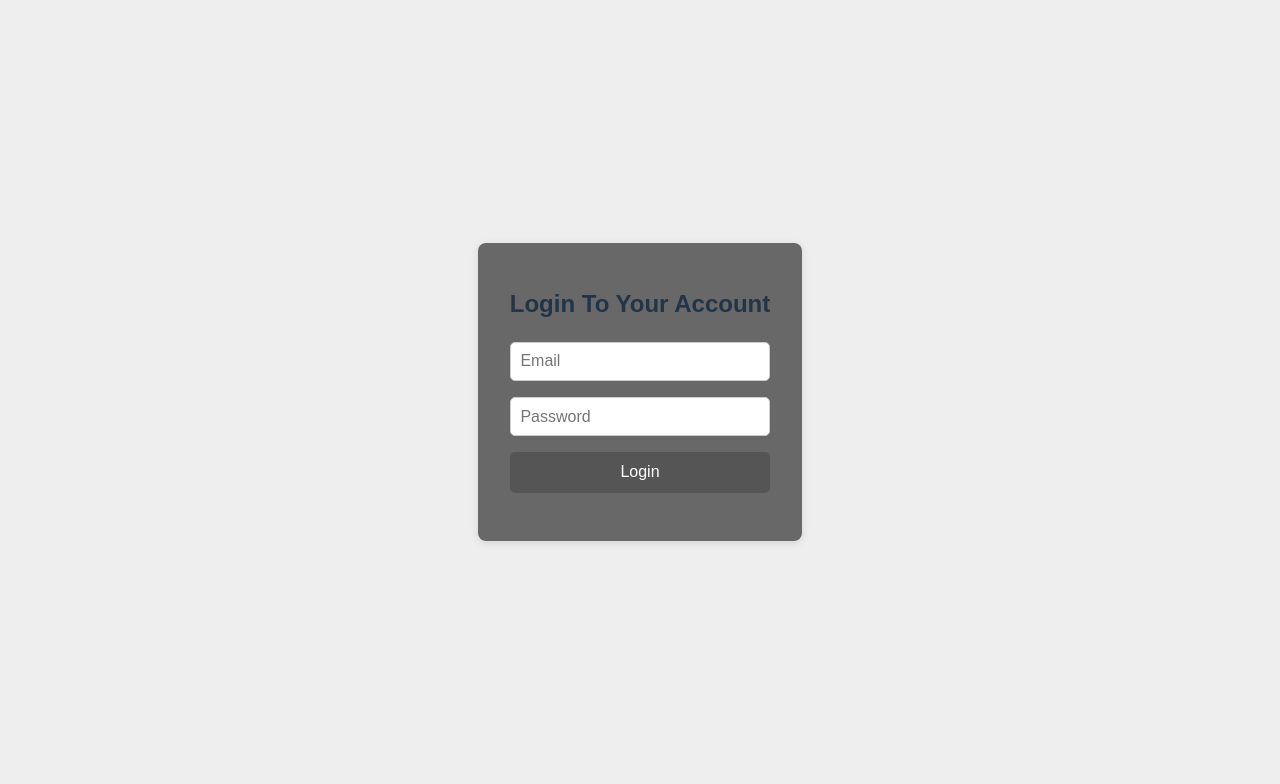
Repository: revathithiruvasagan/cuic26
Page: / (app in testapp/)
These files come from the project's save history. The page is drawn as it stood at one moment and after the next save; the edit follows.
The browser window is 1280 px wide. The pictures show the whole page.
The project was rebuilt for these pictures with package versions that can differ from the ones it lists, and the page was loaded fresh each time. Also part of the build but not shown: testapp/vite.config.js.

Above is the page before, as saved 2025-05-30 20:54:43.

After the next save:
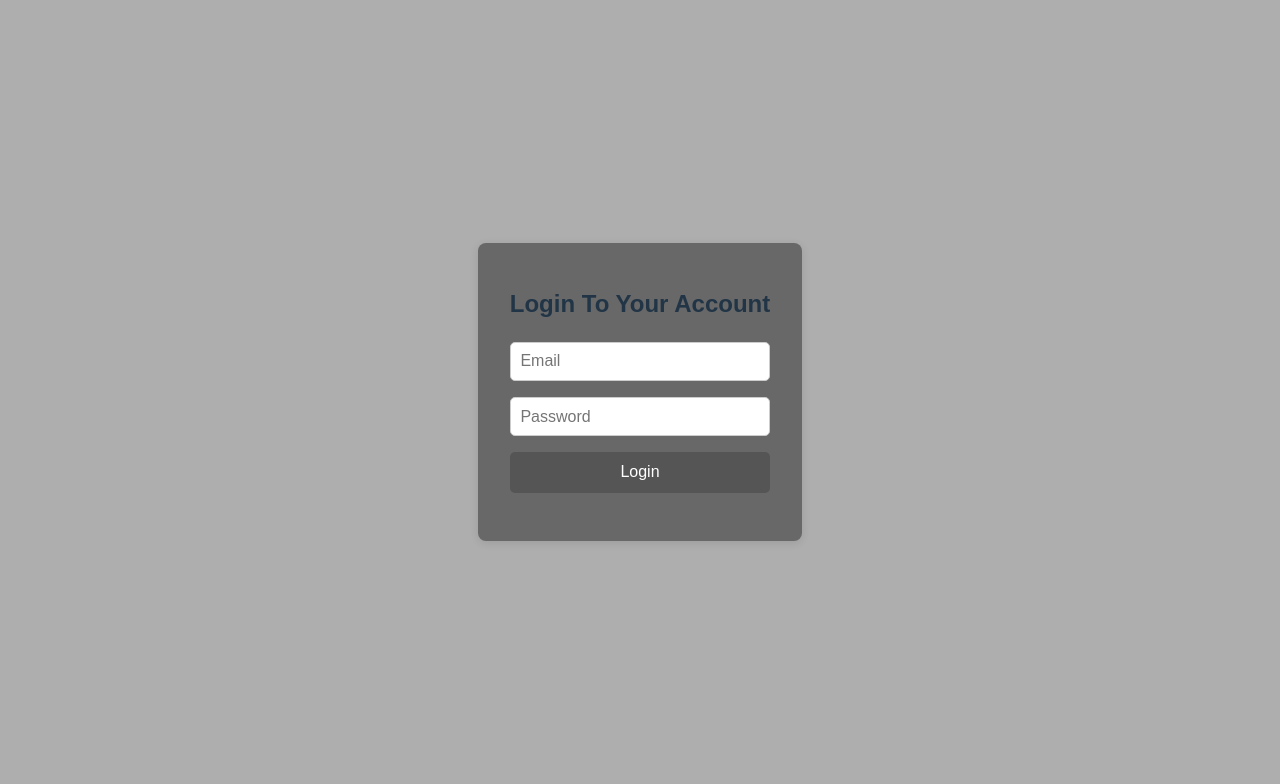
Saved 11 s later.
--- a/testapp/src/styles/Login.css
+++ b/testapp/src/styles/Login.css
@@ -1,9 +1,7 @@
-
-
 body {
   margin: 0;
   padding: 0;
-  background-color: #eee;
+  background-color: #aeaeae;
   font-family: sans-serif;
 }
 
